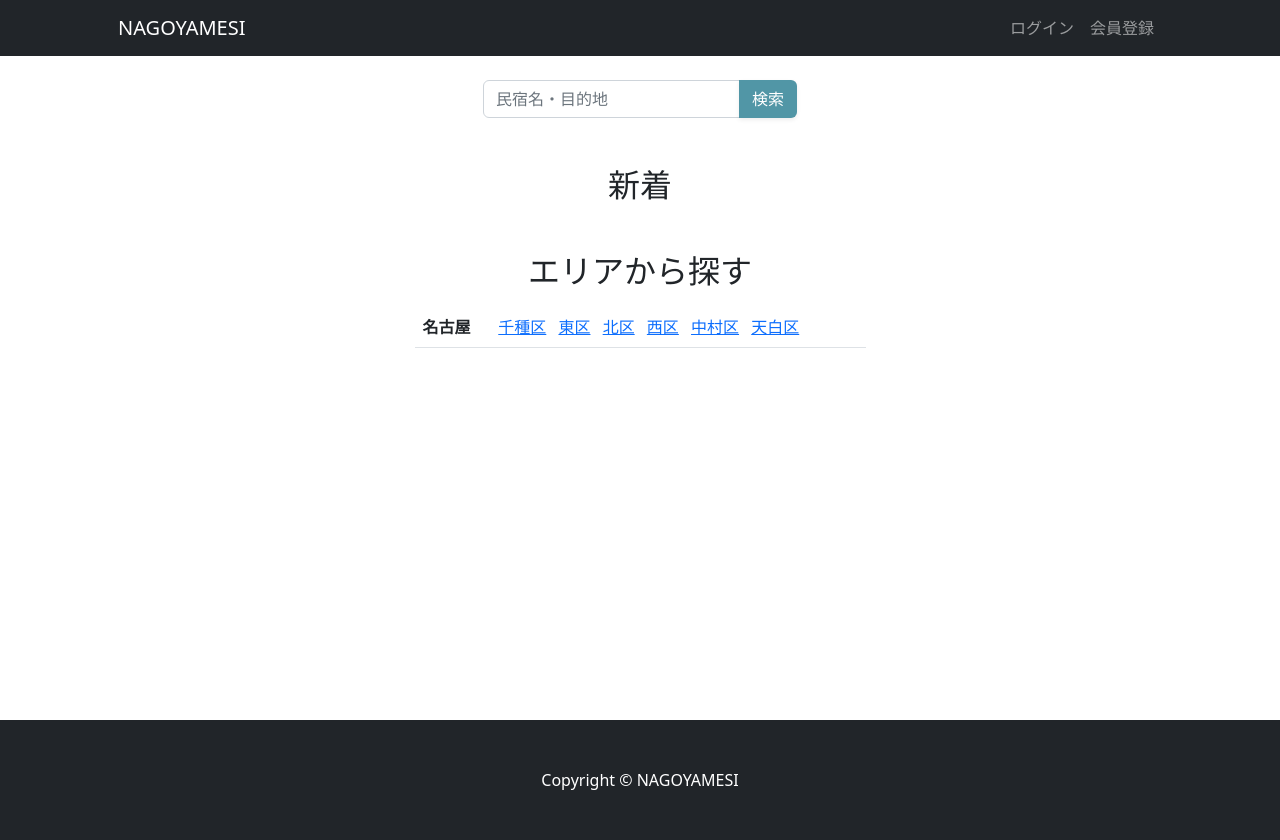
Repository: tearise/springboot-tabelog-kadai
Page: http://localhost/index
An editor plug-in stored every save of this project. The page is shown before and after the next save, followed by the edit.
The browser window is 1280 px wide. The pictures show the whole page.
Some web libraries are served in a nearby version. The page is this project's Thymeleaf template; nobody is signed in. The template is opened directly, without the code that normally fills it, so the values that code supplies are empty.

Above is the page before, as saved 2024-03-20 14:06:39.

After the next save:
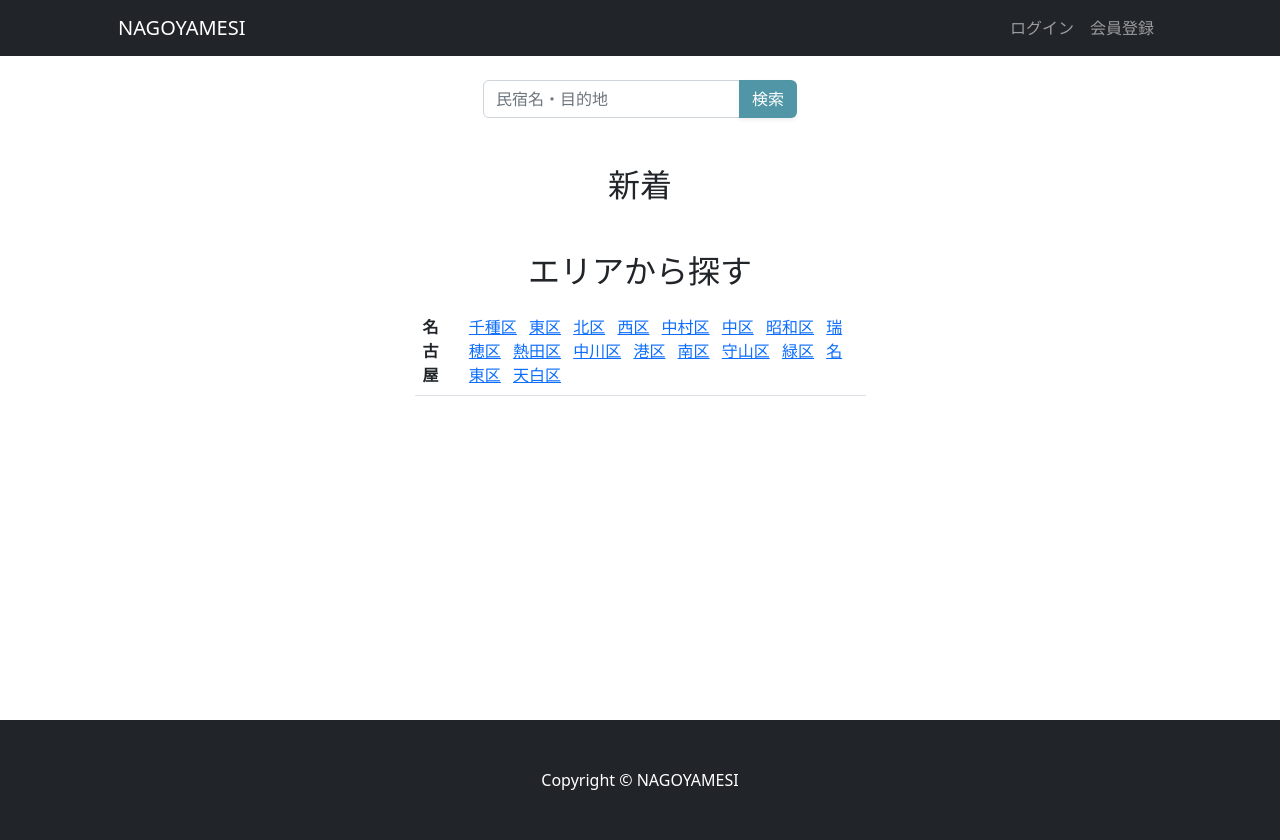
Saved 3 min 22 s later.
--- a/kadai_002/ngoyamesi/nagoyamasi/src/main/resources/templates/index.html
+++ b/kadai_002/ngoyamesi/nagoyamasi/src/main/resources/templates/index.html
@@ -68,8 +68,17 @@
                                              <a th:href="@{/restaurants?area=北区}" class="me-2">北区</a>
                                              <a th:href="@{/restaurants?area=西区}" class="me-2">西区</a>
                                              <a th:href="@{/restaurants?area=中村区}" class="me-2">中村区</a>
-
-                                             <a th:href="@{/houses?area=天白区}">天白区</a>
+                                             <a th:href="@{/restaurants?area=中区}" class="me-2">中区</a>
+                                             <a th:href="@{/restaurants?area=昭和区}" class="me-2">昭和区</a>
+                                             <a th:href="@{/restaurants?area=瑞穂区}" class="me-2">瑞穂区</a>
+                                             <a th:href="@{/restaurants?area=熱田区}" class="me-2">熱田区</a>
+                                             <a th:href="@{/restaurants?area=中川区}" class="me-2">中川区</a>
+                                             <a th:href="@{/restaurants?area=港区}" class="me-2">港区</a>
+                                             <a th:href="@{/restaurants?area=南区}" class="me-2">南区</a>
+                                             <a th:href="@{/restaurants?area=守山区}" class="me-2">守山区</a>
+                                             <a th:href="@{/restaurants?area=緑区}" class="me-2">緑区</a>
+                                             <a th:href="@{/restaurants?area=名東区}" class="me-2">名東区</a>
+                                             <a th:href="@{/restaurants?area=天白区}">天白区</a>
                                          </td>
                                      </tr>
                                  </tbody>
